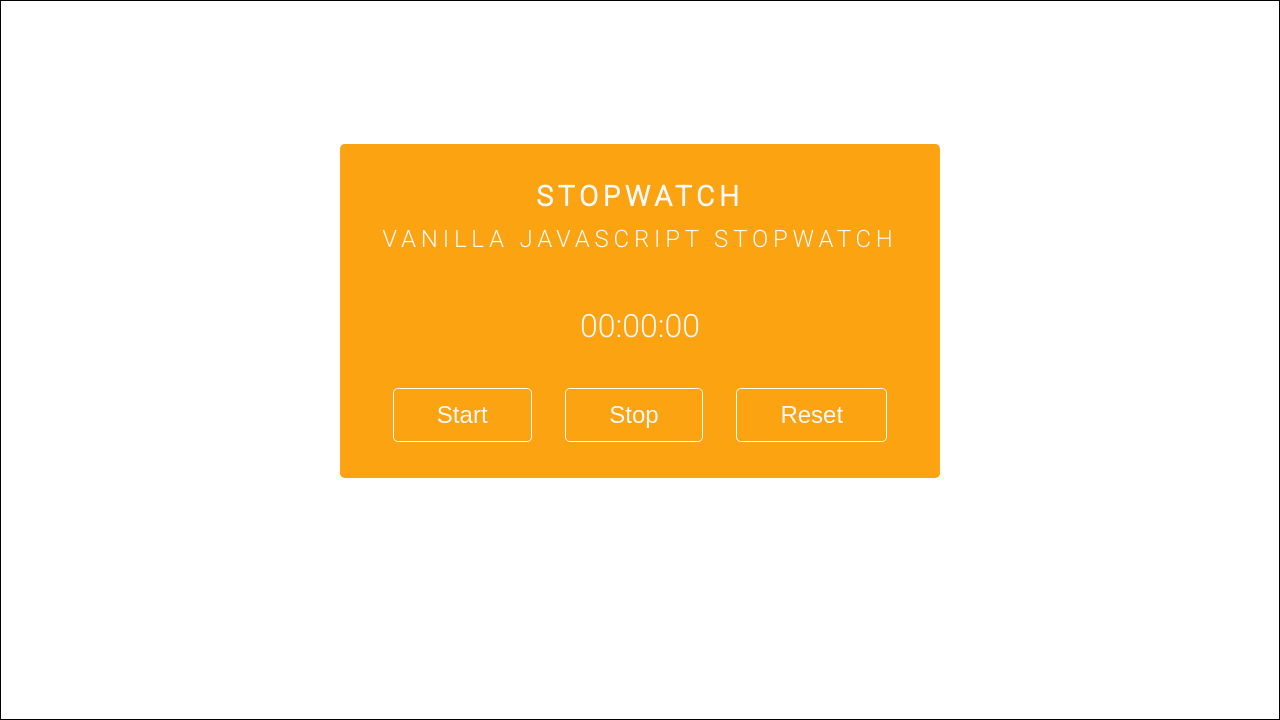
Repository: siaxiong/siaxiong.github.io
Page: doc/stopWatch.html
An editor plug-in stored every save of this project. The page is shown before and after the next save, followed by the edit.
The browser window is 1280 px wide. The pictures show the whole page.

Above is the page before, as saved 2021-03-11 16:15:29.

### doc/stopWatch.html
<!DOCTYPE html>
<html lang="en">

<head>
    <meta charset="UTF-8">
    <meta http-equiv="X-UA-Compatible" content="IE=edge">
    <meta name="viewport" content="width=device-width, initial-scale=1.0">
    <link rel="preconnect" href="https://fonts.gstatic.com">
    <link href="https://fonts.googleapis.com/css2?family=Roboto:wght@300&display=swap" rel="stylesheet">
    <title>StopWatch</title>
</head>

<style>
    * {
        box-sizing: border-box;
        padding: 0;
        margin: 0;
    }


    .container {
        border: 1px solid black;
        height: 100vh;
    }

    .stopwatch {
        margin: 0 auto;
        max-width: 600px;
        width: 100%;

        color: #f8f9fa;
        font-family: 'Roboto', sans-serif;
        text-align: center;

        font-size: 1.5rem;
        border-radius: 0.2em;

    }

    .stopwatch--orange {
        background-color: #fca311;

    }

    .stopwatch__title,
    .stopwatch__buttons {
        padding: 1.5em;
        /* margin: 1em 0; */
        /* border: 1px solid yellow; */
    }

    .stopwatch__title {
        overflow-wrap: break-word;
        letter-spacing: 0.2em;
        /* font-size: 1.5rem; */
    }

    .stopwatch__title>* + *{
        margin: 0.5em 0;

    }

    .stopwatch__buttons {
        display: flex;
        justify-content: space-around;
        flex-wrap: wrap;
    }

    .stopwatch__button:focus {
        border: 1px solid blue;
    }



    .stopwatch__time {
        overflow-wrap: break-word;
        font-size: 2rem;
        padding: 0.2em;
    }

    .stopwatch__buttons>* {
        border: 1px solid #fff;
        border-radius: 0.2em;
        padding: 0.5em 1.8em;
        font-size: inherit;
        color: inherit;
        background-color: inherit;

    }

    .stopwatch--position {
        position: absolute;
        top: 20%;
        left: 50%;
        transform: translateX(-50%);

    }

    @media only screen and (max-width: 700px) {
        .stopwatch {
            max-width: 90%;
        }
    }

    @media only screen and (max-width:556px) {
        .stopwatch__buttons>* {
            flex: 1;
        }
    }
</style>

<body>

    <!-----USE BEM METHODOLOGY-->
    <div class="container">

        <div class="stopwatch stopwatch--orange stopwatch--medium stopwatch--position">
            <div class="stopwatch__title">
                <h3>STOPWATCH</h3>
                <p>VANILLA JAVASCRIPT STOPWATCH</p>
            </div>

            <div id="stopwatch__time" class="stopwatch__time">
                00:00:00

            </div>

            <div class="stopwatch__buttons">
                <button id="stopwatch__button--start" class="stopwatch__button">
                    Start
                </button>
                <button id="stopwatch__button--stop" class="stopwatch__button">
                    Stop
                </button>
                <button id="stopwatch__button--reset"class="stopwatch__button">
                    Reset
                </button>
            </div>

        </div>

    </div>

    <script>

        let startButton = document.getElementById('stopwatch__button--start');
        let stopButton = document.getElementById('stopwatch__button--stop');
        let resetButton = document.getElementById('stopwatch__button--reset');

        let startTime;
        let elapsedTime = 0;
        let timerInterval;

        startButton.addEventListener("click", start);
        stopButton.addEventListener("click", stop);
        resetButton.addEventListener("click", reset);



        function start(){
            startTime = Date.now() - elapsedTime;
            timerInterval = setInterval(function printTime(){
                elapsedTime = Date.now() - startTime;
                print(timeToString(elapsedTime));
            }, 10)
        }

        function stop(){
            clearInterval(timerInterval);
        }

        function reset(){
            clearInterval(timerInterval);
            print("00:00:00");
            elapsedTime = 0;
        }

        function print(txt){
            document.getElementById("stopwatch__time").innerHTML = txt;
        }

        function timeToString(time) {

            let diffInHrs = time / 3600000;
            let hh = Math.floor(diffInHrs)

            let diffInMin = (diffInHrs - hh) * 60;
            let mm = Math.floor(diffInMin)

            let diffInSec = (diffInMin - mm) * 60;
            let ss = Math.floor(diffInSec);

            let DiffInMs = (diffInSec - ss) * 100;
            let ms = Math.floor(DiffInMs);


            let formattedMM = mm.toString().padStart(2, "0");
            let formattedSS = ss.toString().padStart(2, "0");
            let formattedMS = ms.toString().padStart(2, "0");


            return `${formattedMM}:${formattedSS}:${formattedMS}`;
        }




    </script>


</body>

</html>

After the next save:
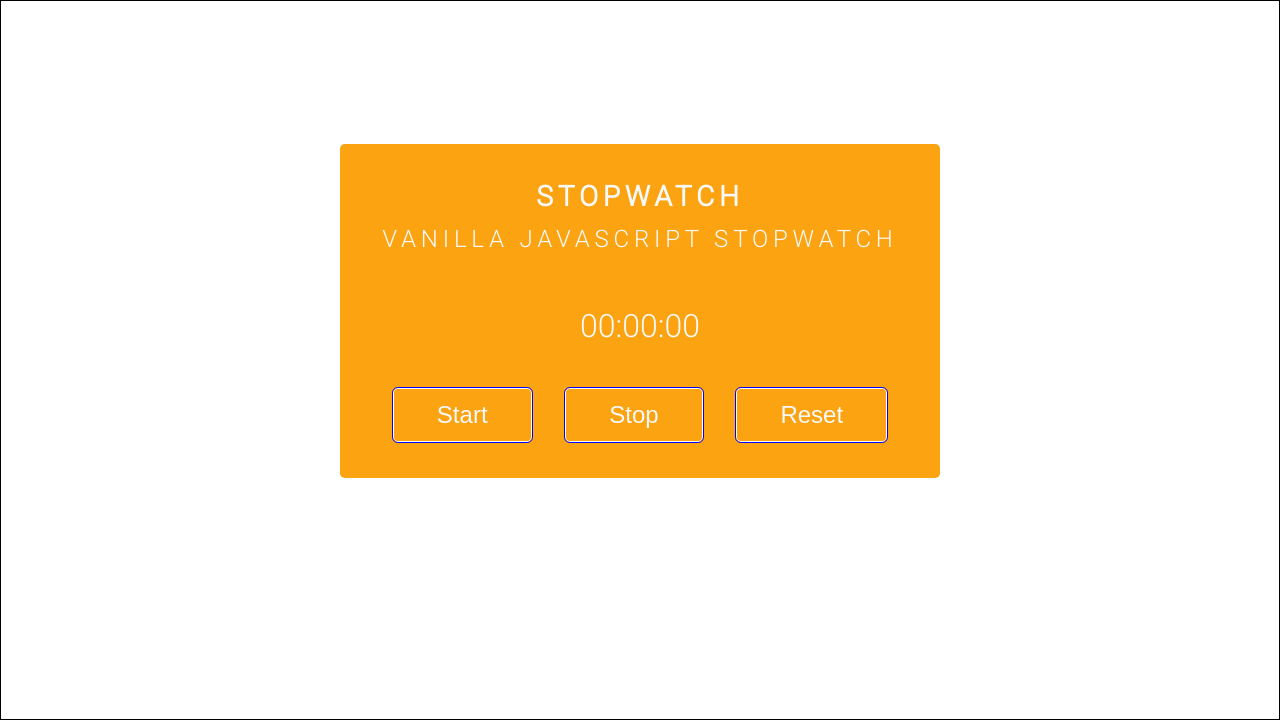
Saved 3 min 2 s later.
--- a/doc/stopWatch.html
+++ b/doc/stopWatch.html
@@ -66,8 +66,8 @@
         flex-wrap: wrap;
     }
 
-    .stopwatch__button:focus {
-        border: 1px solid blue;
+    .stopwatch__button {
+        outline: 1px solid blue;
     }
 
 

After the save that followed:
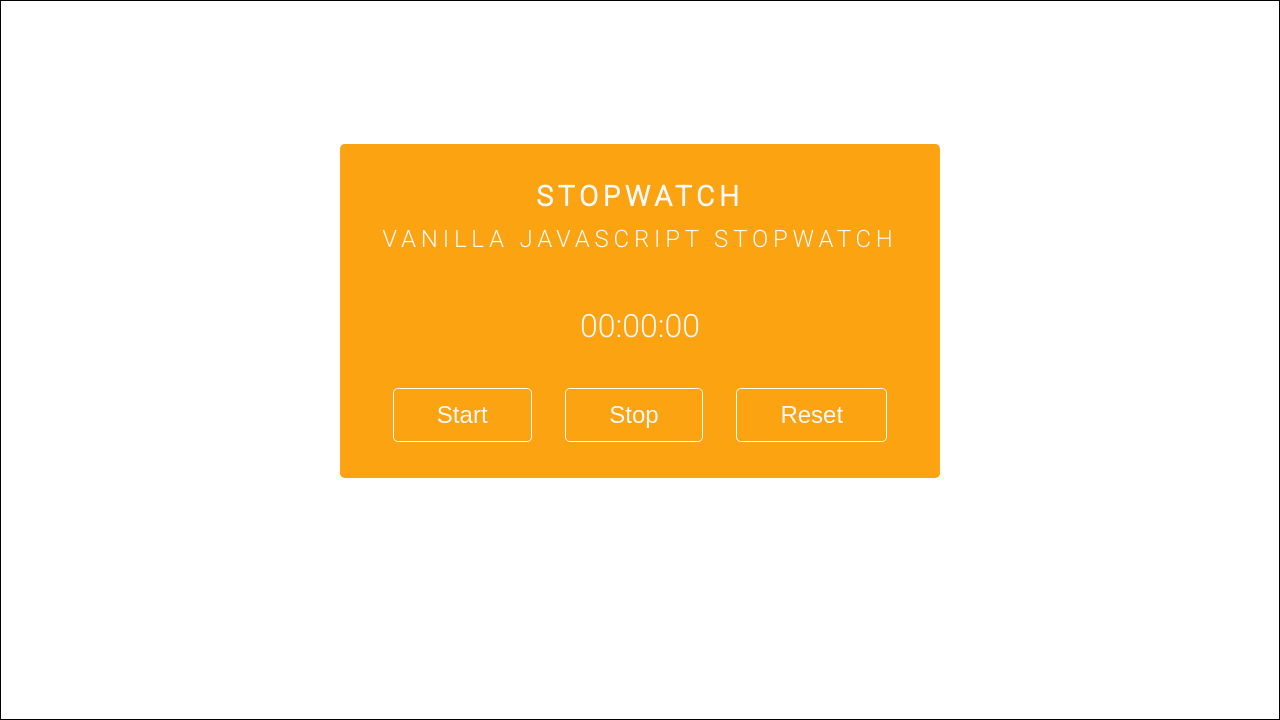
Saved 16 s later.
--- a/doc/stopWatch.html
+++ b/doc/stopWatch.html
@@ -66,7 +66,7 @@
         flex-wrap: wrap;
     }
 
-    .stopwatch__button {
+    .stopwatch__button:focus {
         outline: 1px solid blue;
     }
 
